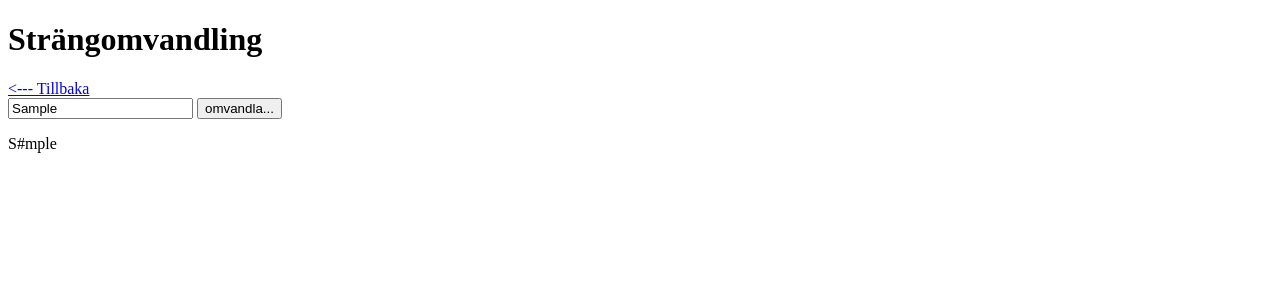
Repository: mi222ep/1dv403-laborationer
Page: 1-vandalen/strings/index.html
The author's editor kept a record of every edit. The page is drawn from the files as they stood at one moment, then again after the next edit.
The browser window is 1280 px wide. The pictures show the whole page.
Empty fields were first filled with sample values (such as "Sample", 5 or name@example.com).
After loading, the first visible `#send` was clicked once.

Above is the page before.

After the next edit:
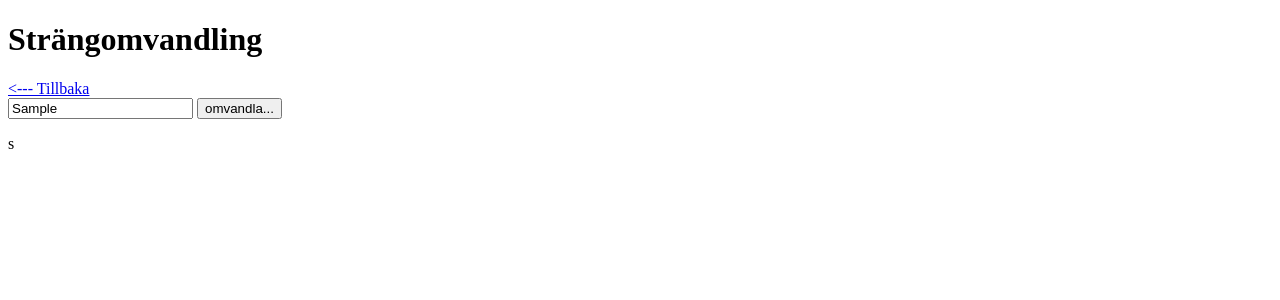
The edit:
--- a/1-vandalen/strings/script.js
+++ b/1-vandalen/strings/script.js
@@ -13,7 +13,7 @@
 
 			if(character == character.toUpperCase()){
 
-				character = character.toLowerCase();
+				return character.toLowerCase();
 			}
 			else{
 				character = character.toUpperCase();
